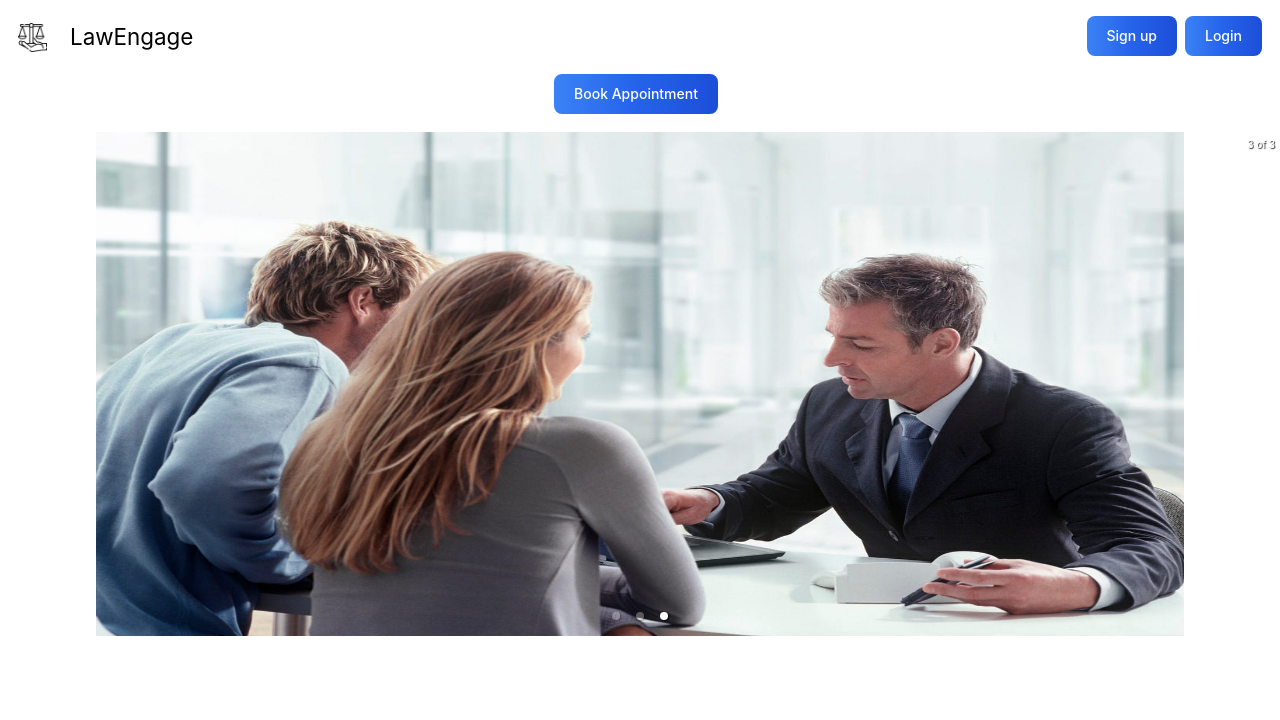
Repository: khushijain8/Lawyer-appointment-application
Page: / (app in frontend/)
The author's editor kept a copy of each file at every save. The page is drawn from the files as they stood at one save, then again after the next save.
The browser window is 1280 px wide. The pictures show the whole page.
The project was rebuilt for these pictures with package versions that can differ from the ones it lists, and the page was loaded fresh each time. Also part of the build but not shown: frontend/src/App.css, frontend/src/components/Signup/Signup.css, frontend/src/components/Signup/Signup.jsx, frontend/src/components/Login/Login.css, frontend/src/components/Login/Login.jsx, frontend/src/components/Book/Book.jsx, frontend/src/components/LawyerHistoryContainer/LawyerHistoryContainer.css, frontend/src/components/LawyerHistoryContainer/LawyerHistoryContainer.jsx and 5 more.

Above is the page before, as saved 2025-01-26 18:24:29.

After the next save:
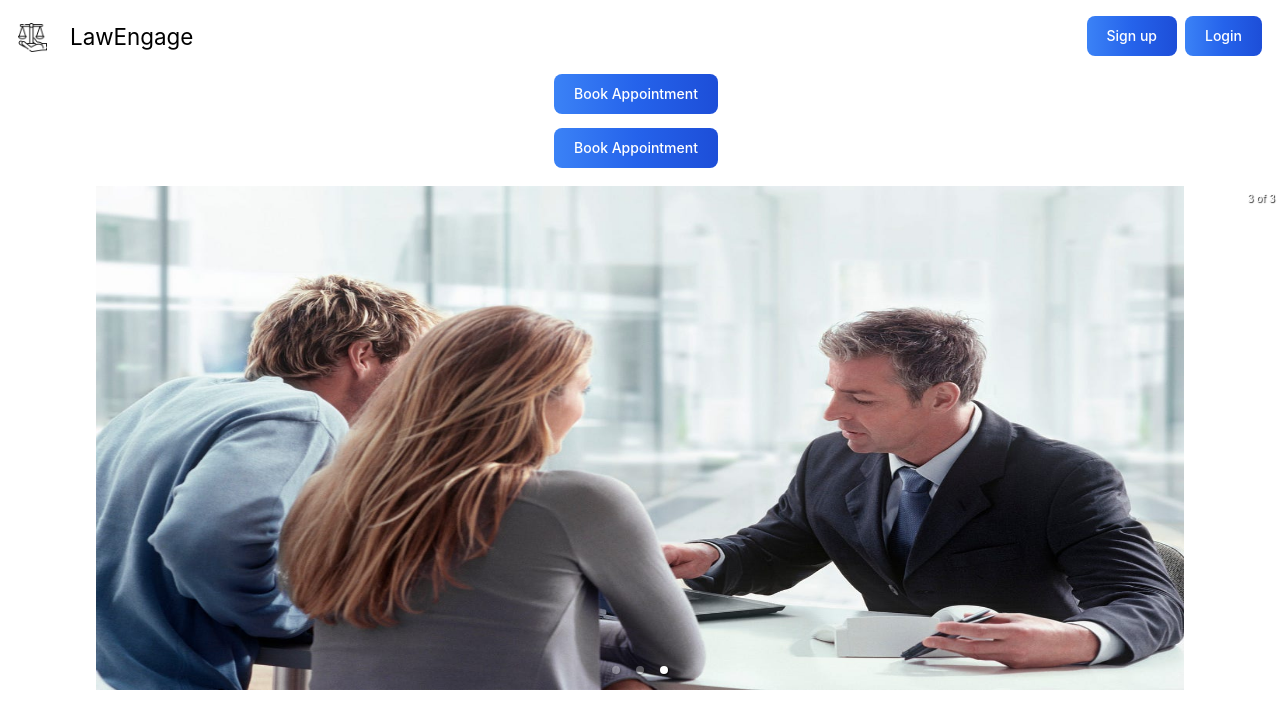
Saved 94 s later.
--- a/frontend/src/components/FrontPage/FrontPage.jsx
+++ b/frontend/src/components/FrontPage/FrontPage.jsx
@@ -8,6 +8,10 @@ import slide2 from '../../assets/legal-consultancy-services.jpg';
 import slide3 from '../../assets/law2.jpg';
 function FrontPage() {
     return (
+      <>
+      <div className='mid-nav flex justify-center items-center  '>
+        <button class="text-white bg-gradient-to-r from-blue-500 via-blue-600 to-blue-700 hover:bg-gradient-to-br focus:ring-4 focus:outline-none focus:ring-blue-300 dark:focus:ring-blue-800 font-medium rounded-lg text-sm px-5 py-2.5 text-center me-2 mb-2"onClick={()=>navigate('/book')}>Book Appointment</button>
+    </div>
       <Box sx={{ display:'flex',justifyContent:'center',alignItems:'center', marginTop:'10px'}}>
         <Carousel autoPlay infiniteLoop interval={2000} showArrows={true}
           showThumbs={false} dynamicHeight={false} transitionTime={500} >
@@ -22,6 +26,7 @@ function FrontPage() {
           </div>
         </Carousel>
       </Box>
+      </>
     );
   }
 
